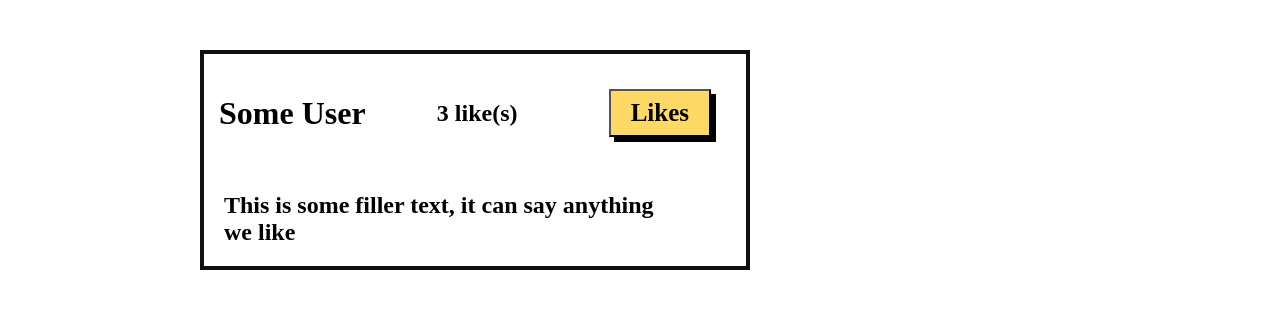
Repository: Blender20/liking_likes
Page: index.html
The author's editor kept a copy of each file at every save. The page is drawn from the files as they stood at one save, then again after the next save.
The browser window is 1280 px wide. The pictures show the whole page.
Some web fonts or font styles are not loaded; a fallback is used.

Above is the page before, as saved 2022-03-29 19:52:43.

After the next save:
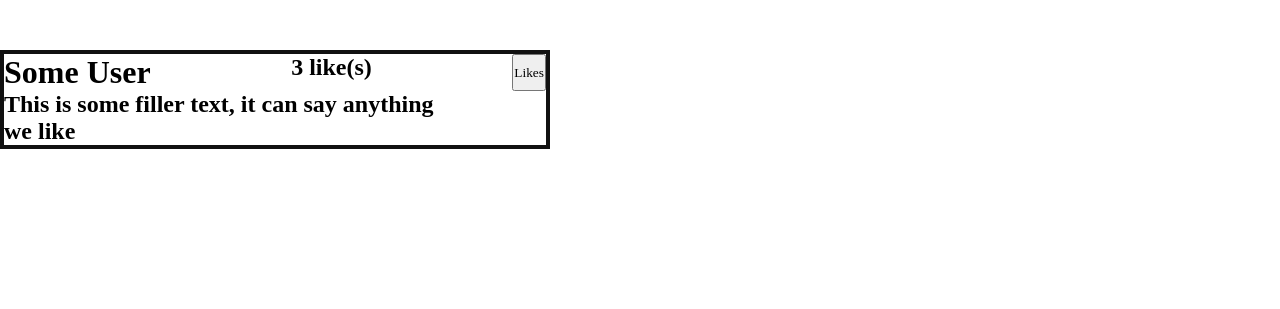
Saved 5 s later.
--- a/style.css
+++ b/style.css
@@ -18,7 +18,7 @@
   border: 4px solid #111;
   margin-top: 50px;
   width:550px;
-  /* min-height: 100px; */
+  /* min-height: 100px
   margin: 50px 200px;
 
 }

After the save that followed:
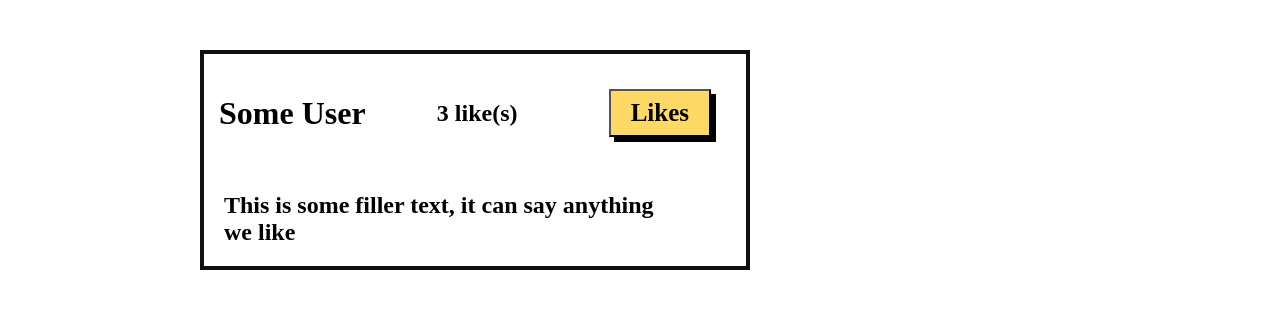
Saved 6 s later.
--- a/style.css
+++ b/style.css
@@ -18,7 +18,7 @@
   border: 4px solid #111;
   margin-top: 50px;
   width:550px;
-  /* min-height: 100px
+
   margin: 50px 200px;
 
 }
